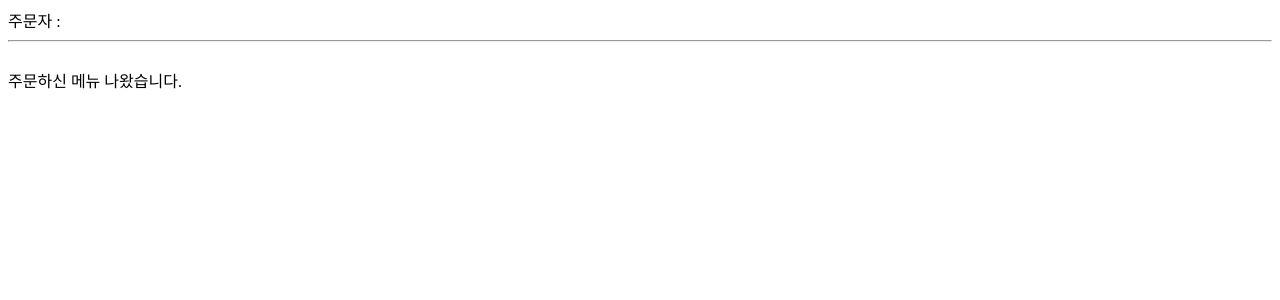
Repository: duatn3004/jsp_20230602
Page: http://localhost/jstl_study/step6-action.jsp
These files come from the project's save history. The page is drawn as it stood at one moment and after the next save; the edit follows.
The browser window is 1280 px wide. The pictures show the whole page.
The page is served by Tomcat 9. Other server files are loaded and not shown.

Above is the page before, as saved 2023-05-10 03:13:29.

### jstl_workspace/jstl_study/src/main/webapp/step6-action.jsp
<%@ page language="java" contentType="text/html; charset=UTF-8"
	pageEncoding="UTF-8"%>
<%@ taglib prefix="c" uri="http://java.sun.com/jsp/jstl/core"%>
<%
	//post 방식의 한글처리 (인코딩 설정)
	request.setCharacterEncoding("utf-8");
%>
<!DOCTYPE html>
<html>
<head>
<meta charset="UTF-8">
<title>Insert title here</title>
</head>
<body>
	<%--
	String food[] = {"삼겹살","짜장면","설렁탕","카레","연어덮밥"};
	request.setAttribute("f", food);
	--%>

	주문자 : ${param.name }
	<hr>
	<c:forEach items="${paramValues.food }" var="fname" varStatus="order">
	${order.count }.${fname }<br>
	</c:forEach>
	<br>주문하신 메뉴 나왔습니다.
</body>
</html>

After the next save:
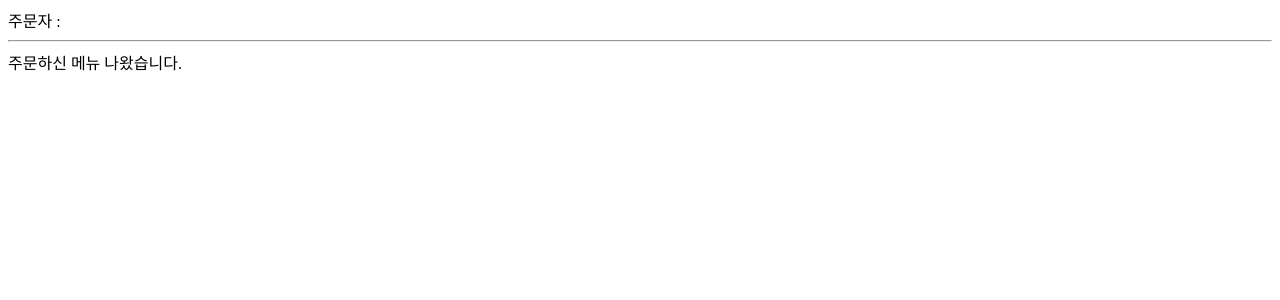
Saved 38 s later.
--- a/jstl_workspace/jstl_study/src/main/webapp/step6-action.jsp
+++ b/jstl_workspace/jstl_study/src/main/webapp/step6-action.jsp
@@ -22,6 +22,6 @@
 	<c:forEach items="${paramValues.food }" var="fname" varStatus="order">
 	${order.count }.${fname }<br>
 	</c:forEach>
-	<br>주문하신 메뉴 나왔습니다.
+	주문하신 메뉴 나왔습니다.
 </body>
 </html>
